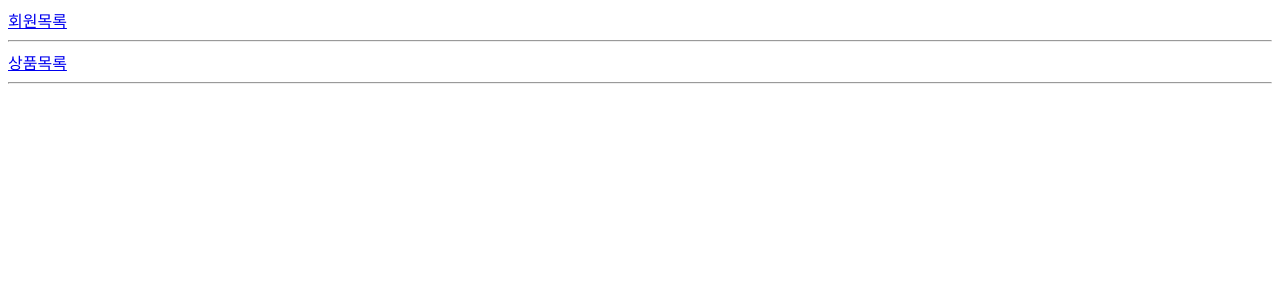
Repository: BOB-Team/littlePick
Page: http://localhost/littlePick/index_junho.jsp
An editor plug-in stored every save of this project. The page is shown before and after the next save, followed by the edit.
The browser window is 1280 px wide. The pictures show the whole page.
The page is served by Tomcat 9. Nobody is signed in. The application's start-up code is not run. Other server files are loaded and not shown.

Above is the page before, as saved 2021-07-29 11:55:34.

### littlePick/littlePick/littlePick/src/main/webapp/index_junho.jsp
<%@ page language="java" contentType="text/html; charset=UTF-8"
    pageEncoding="UTF-8"%>

<!DOCTYPE html>
<html lang="ko">
<head>
<meta charset="UTF-8">
<meta name="viewport" content="width=device-width, initial-scale=1.0">
<meta http-equiv="X-UA-Compatible" content="ie=edge">
<title>LittlePick- Home</title>
<link rel="icon" href="resources/img/Fevicon.png" type="resources/image/png">
</head>
<body>

	<a href="admin_member.do">회원목록</a><hr>
	<a href="admin_product.do">상품목록</a><br>

	<hr>

</body>
</html>

After the next save:
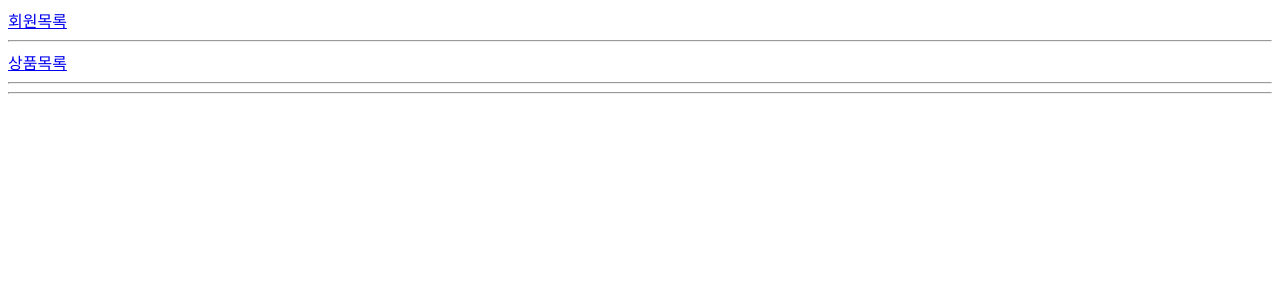
Saved 5 s later.
--- a/littlePick/littlePick/littlePick/src/main/webapp/index_junho.jsp
+++ b/littlePick/littlePick/littlePick/src/main/webapp/index_junho.jsp
@@ -13,7 +13,7 @@
 <body>
 
 	<a href="admin_member.do">회원목록</a><hr>
-	<a href="admin_product.do">상품목록</a><br>
+	<a href="admin_product.do">상품목록</a><hr>
 
 	<hr>
 
